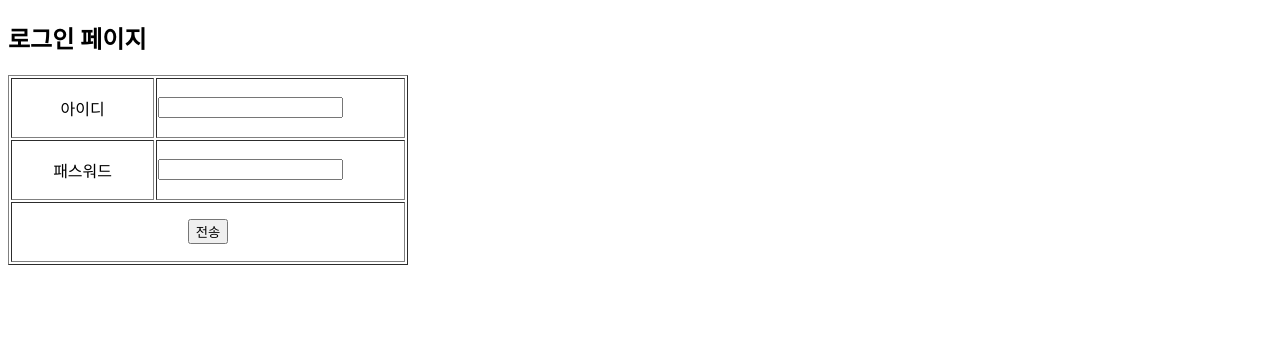
Repository: ohseung-web/OTjsp2026
Page: http://localhost/chapter/RequestLogin.jsp
The author's editor kept a copy of each file at every save. The page is drawn from the files as they stood at one save, then again after the next save.
The browser window is 1280 px wide. The pictures show the whole page.
The page is served by Tomcat 9.

Above is the page before, as saved 2026-10-17 06:04:36.

### chapter/src/main/webapp/RequestLogin.jsp
<%@ page language="java" contentType="text/html; charset=UTF-8"
    pageEncoding="UTF-8"%>
<!DOCTYPE html>
<html>
<head>
<meta charset="UTF-8">
<title>Insert title here</title>
</head>
<body>
	<h2> 로그인 페이지 </h2>
	<!-- form안의 action은 이 페이지에서 작성한 정보를 떠넘겨주는 파일명을 기술하는 공간 -->
	<!-- 코드 한줄 복사 단축키 : Ctrl + Alt + ↓ -->
	<!-- form안의 method은 전송방식을 의미한다. (Get,  Post) -->
	<!-- form안의 전송버튼(submit)을 누르면 action의 RequestloginProc.jsp가 실행된다.  -->
	<!-- 웹에서 사용자로 부터 입력받은 정보는 암호화할수 있는 post방식을 사용한다.  -->
	<form action="RequestloginProc.jsp" method="post">
		<table width="400" border="1">
			<tr height="60">
				<td align="center" width="150">아이디</td>
				<td align="letf" width="250">
					<input type="text" name="id">
				</td>
			</tr>
			<tr height="60">
				<td align="center" width="150">패스워드</td>
				<td align="letf" width="250">
					<input type="password" name="pass">
				</td>
			</tr>
			<tr height="60">
				<td colspan="2" align="center" width="150">
					<input type="submit" value="전송">
				</td>
			</tr>
		</table>
	</form>
</body>
</html>

After the next save:
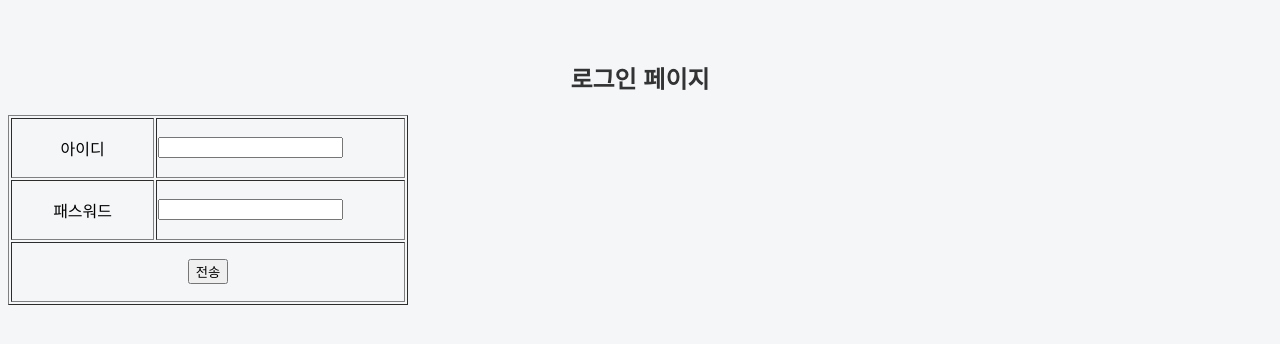
Saved 109 s later.
--- a/chapter/src/main/webapp/RequestLogin.jsp
+++ b/chapter/src/main/webapp/RequestLogin.jsp
@@ -5,6 +5,59 @@
 <head>
 <meta charset="UTF-8">
 <title>Insert title here</title>
+	<style>
+	body {
+		font-family: 'Malgun Gothic', sans-serif;
+		background-color: #f4f6f8;
+	}
+	h2 {
+		text-align: center;
+		margin-top: 60px;
+		color: #333;
+	}
+	.login-table {
+		width: 400px;
+		margin: 20px auto;
+		border-collapse: collapse;
+		background-color: #fff;
+		box-shadow: 0 2px 8px rgba(0, 0, 0, 0.1);
+	}
+	.login-table td {
+		padding: 12px;
+		border: 1px solid #ddd;
+	}
+	.login-table .label {
+		width: 150px;
+		text-align: center;
+		background-color: #f0f3f6;
+		font-weight: bold;
+	}
+	.login-table input[type="text"],
+	.login-table input[type="password"] {
+		width: 90%;
+		padding: 8px;
+		border: 1px solid #ccc;
+		border-radius: 4px;
+	}
+	.login-table input[type="text"]:focus,
+	.login-table input[type="password"]:focus {
+		outline: none;
+		border-color: #4a90e2;
+	}
+	.login-table input[type="submit"] {
+		width: 100%;
+		padding: 10px;
+		background-color: #4a90e2;
+		color: #fff;
+		border: none;
+		border-radius: 4px;
+		font-size: 16px;
+		cursor: pointer;
+	}
+	.login-table input[type="submit"]:hover {
+		background-color: #357abd;
+	}
+</style>
 </head>
 <body>
 	<h2> 로그인 페이지 </h2>
